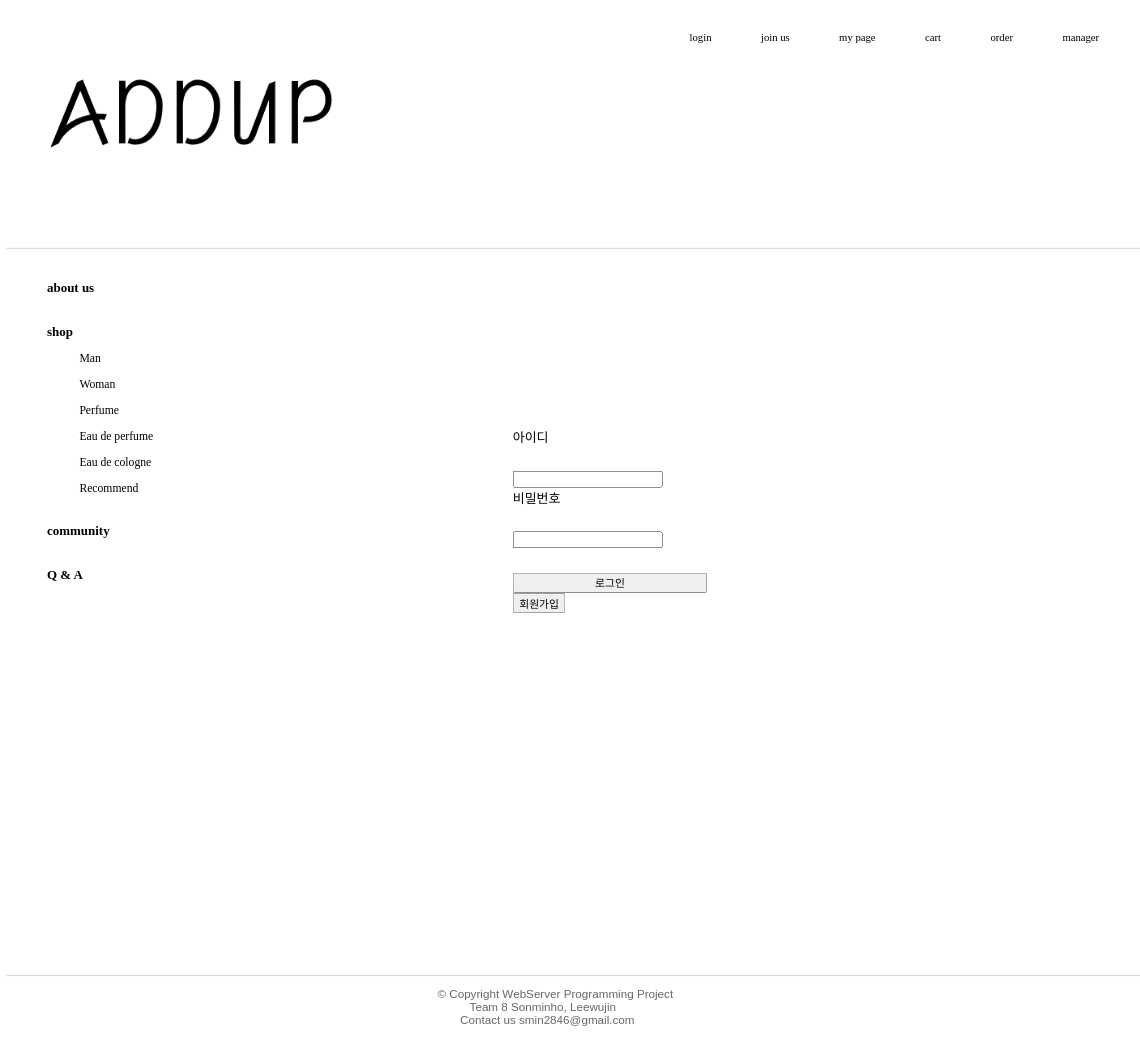
Repository: sonminho/aos
Page: http://localhost/addup_perfume/ControllerServlet?command=user_login
These files come from the project's save history. The page is drawn as it stood at one moment and after the next save; the edit follows.
The browser window is 1280 px wide. The page is 1408 px wide, so the pictures cover 1408 px, including what lies to the right of the window. The pictures show the whole page, at 81% of full size.
The page is served by Tomcat 9. Queries for data that is not in the repository find no rows.

Above is the page before, as saved 2017-11-30 05:31:25.

After the next save:
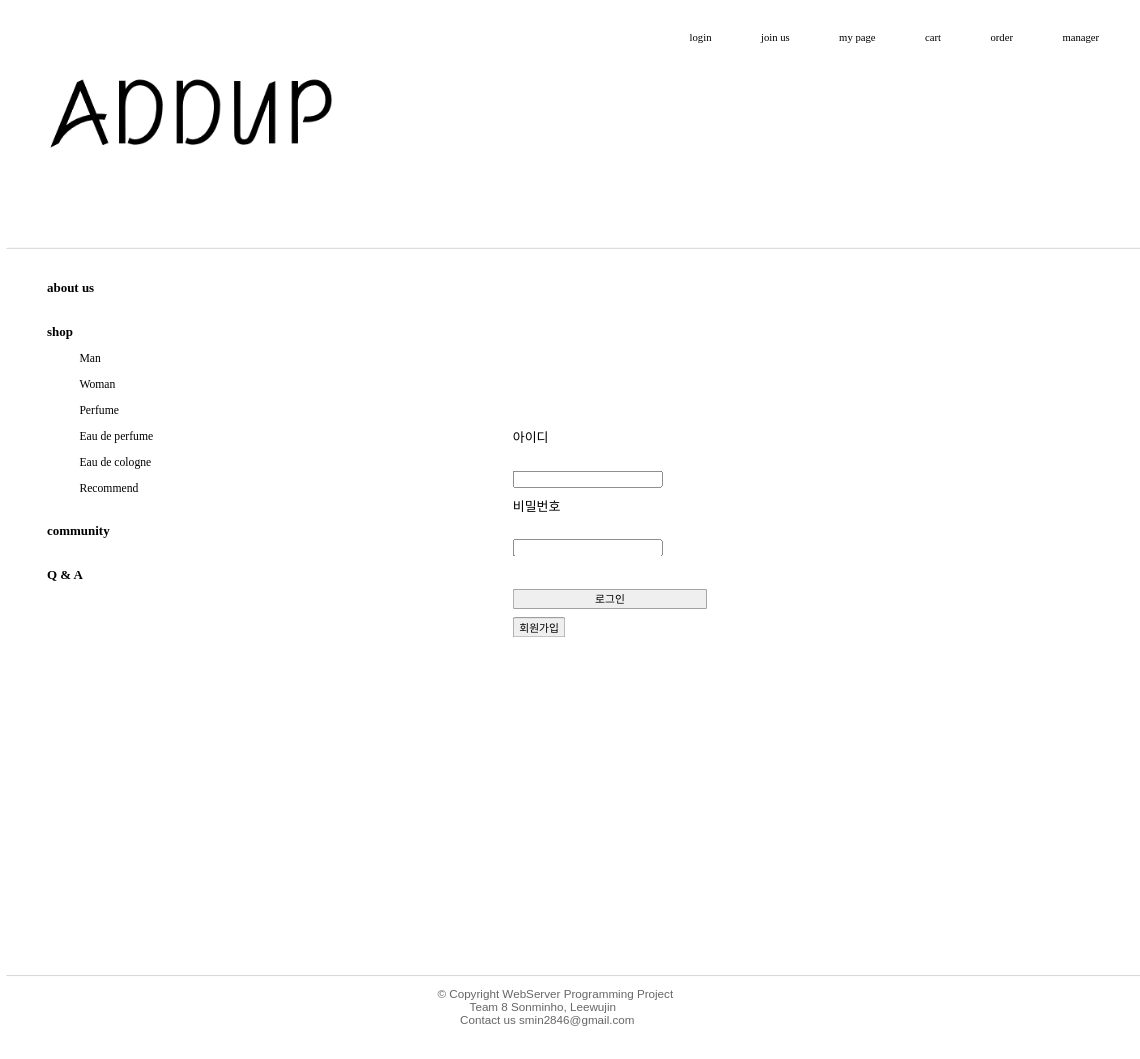
Saved 31 s later.
--- a/Webserver/addup_perfume/WebContent/user_login.jsp
+++ b/Webserver/addup_perfume/WebContent/user_login.jsp
@@ -119,6 +119,7 @@
 }
 #content input{
 	margin-top:30px;
+	margin-bottom:10px;
 }
 #footer{
 	position:relative;
@@ -203,7 +204,7 @@
 				아이디&nbsp; &nbsp;&nbsp; &nbsp;<input type="text" name="id"><br>
 				비밀번호&nbsp; &nbsp;<input type="password" name="pw"><br>
 				<input type="submit" onclick="return loginCheck();"value="로그인" style="width:240px;">
-				<br><button>회원가입</button>
+				<button>회원가입</button>
 			</form>
 		</div>
 	</div> <!-- container -->
